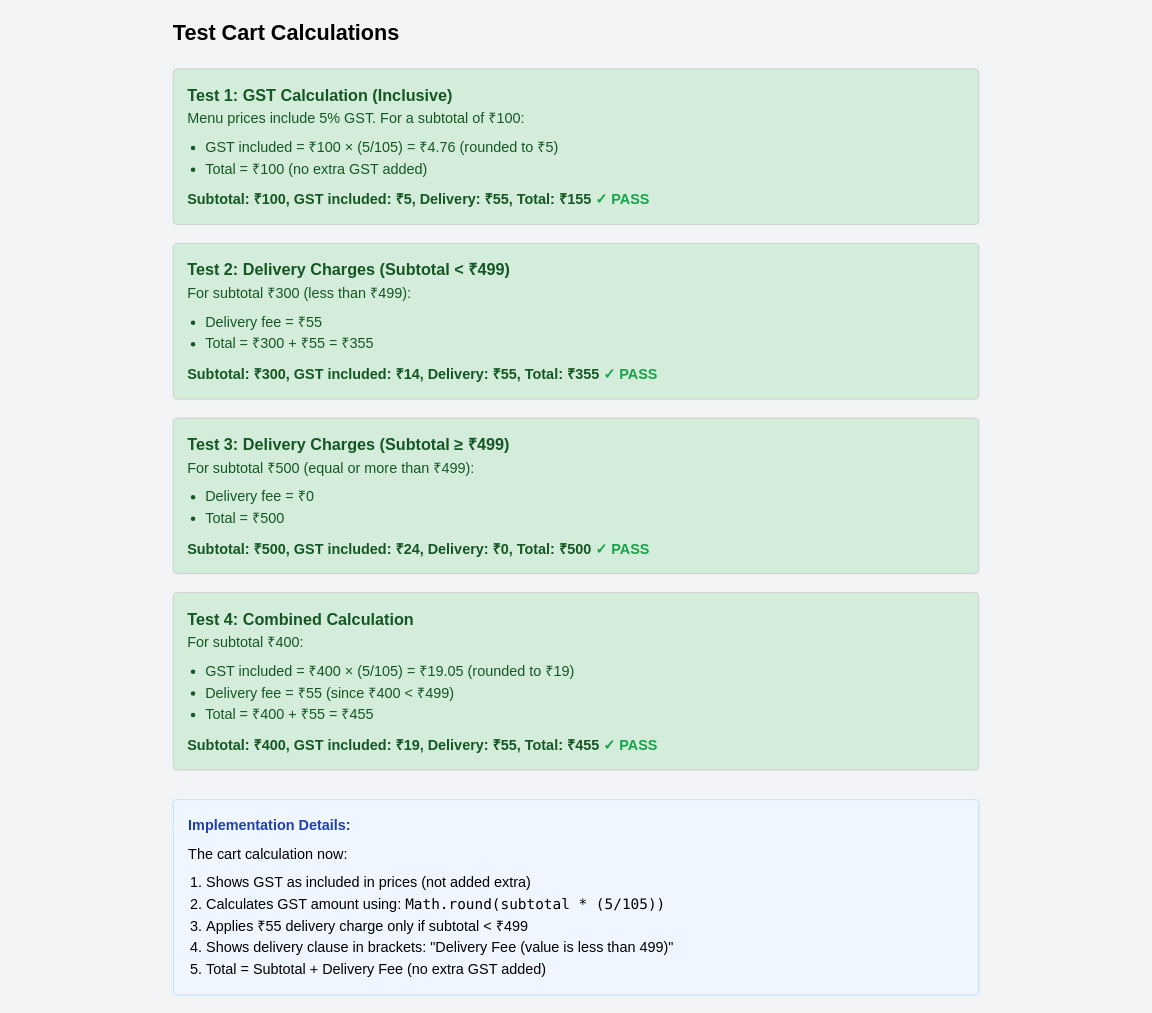
Repository: roydigital/DCB-Finaly-30-Novemeber
Page: test_cart_calculations.html
These files come from the project's save history. The page is drawn as it stood at one moment and after a run of saves; the edit follows.
The browser window is 1280 px wide. The pictures show the whole page, at 90% of full size.
Some web libraries are served in a nearby version.

Above is the page before, as saved 2025-12-03 15:12:29.

### test_cart_calculations.html
<!DOCTYPE html>
<html lang="en">
<head>
    <meta charset="UTF-8">
    <meta name="viewport" content="width=device-width, initial-scale=1.0">
    <title>Test Cart Calculations</title>
    <script src="https://cdn.tailwindcss.com"></script>
    <style>
        body { font-family: sans-serif; padding: 20px; }
        .test-case { margin: 20px 0; padding: 15px; border: 1px solid #ccc; border-radius: 5px; }
        .pass { background-color: #d4edda; color: #155724; }
        .fail { background-color: #f8d7da; color: #721c24; }
        .result { font-weight: bold; margin-top: 10px; }
    </style>
</head>
<body class="bg-gray-100">
    <div class="max-w-4xl mx-auto">
        <h1 class="text-2xl font-bold mb-6">Test Cart Calculations</h1>

        <div class="test-case">
            <h2 class="text-lg font-semibold">Test 1: GST Calculation (Inclusive)</h2>
            <p>Menu prices include 5% GST. For a subtotal of ₹100:</p>
            <ul class="list-disc pl-5 mt-2">
                <li>GST included = ₹100 × (5/105) = ₹4.76 (rounded to ₹5)</li>
                <li>Total = ₹100 (no extra GST added)</li>
            </ul>
            <div id="test1-result" class="result"></div>
        </div>

        <div class="test-case">
            <h2 class="text-lg font-semibold">Test 2: Delivery Charges (Subtotal < ₹499)</h2>
            <p>For subtotal ₹300 (less than ₹499):</p>
            <ul class="list-disc pl-5 mt-2">
                <li>Delivery fee = ₹55</li>
                <li>Total = ₹300 + ₹55 = ₹355</li>
            </ul>
            <div id="test2-result" class="result"></div>
        </div>

        <div class="test-case">
            <h2 class="text-lg font-semibold">Test 3: Delivery Charges (Subtotal ≥ ₹499)</h2>
            <p>For subtotal ₹500 (equal or more than ₹499):</p>
            <ul class="list-disc pl-5 mt-2">
                <li>Delivery fee = ₹0</li>
                <li>Total = ₹500</li>
            </ul>
            <div id="test3-result" class="result"></div>
        </div>

        <div class="test-case">
            <h2 class="text-lg font-semibold">Test 4: Combined Calculation</h2>
            <p>For subtotal ₹400:</p>
            <ul class="list-disc pl-5 mt-2">
                <li>GST included = ₹400 × (5/105) = ₹19.05 (rounded to ₹19)</li>
                <li>Delivery fee = ₹55 (since ₹400 < ₹499)</li>
                <li>Total = ₹400 + ₹55 = ₹455</li>
            </ul>
            <div id="test4-result" class="result"></div>
        </div>

        <div class="mt-8 p-4 bg-blue-50 border border-blue-200 rounded">
            <h3 class="font-bold text-blue-800">Implementation Details:</h3>
            <p class="mt-2">The cart calculation now:</p>
            <ol class="list-decimal pl-5 mt-2">
                <li>Shows GST as included in prices (not added extra)</li>
                <li>Calculates GST amount using: <code>Math.round(subtotal * (5/105))</code></li>
                <li>Applies ₹55 delivery charge only if subtotal < ₹499</li>
                <li>Shows delivery clause in brackets: "Delivery Fee (value is less than 499)"</li>
                <li>Total = Subtotal + Delivery Fee (no extra GST added)</li>
            </ol>
        </div>
    </div>

    <script>
        // Test functions
        function calculateGSTIncluded(subtotal) {
            // GST = subtotal * (5/105) ≈ subtotal * 0.047619
            return Math.round(subtotal * (5/105));
        }

        function calculateDeliveryFee(subtotal) {
            return subtotal < 499 ? 55 : 0;
        }

        function calculateTotal(subtotal) {
            return subtotal + calculateDeliveryFee(subtotal);
        }

        // Run tests
        function runTests() {
            // Test 1
            const test1Subtotal = 100;
            const test1GST = calculateGSTIncluded(test1Subtotal);
            const test1Total = calculateTotal(test1Subtotal);
            const test1ExpectedGST = 5; // 100 * 5/105 = 4.76 ≈ 5
            const test1ExpectedTotal = 100; // No delivery (100 < 499? Actually 100 < 499, so delivery should be 55)
            const test1Pass = test1GST === test1ExpectedGST && test1Total === (test1Subtotal + 55); // 100 + 55 = 155

            document.getElementById('test1-result').innerHTML =
                `Subtotal: ₹${test1Subtotal}, GST included: ₹${test1GST}, Delivery: ₹55, Total: ₹${test1Total} ` +
                `<span class="${test1Pass ? 'text-green-600' : 'text-red-600'}">${test1Pass ? '✓ PASS' : '✗ FAIL'}</span>`;

            // Test 2
            const test2Subtotal = 300;
            const test2GST = calculateGSTIncluded(test2Subtotal);
            const test2Delivery = calculateDeliveryFee(test2Subtotal);
            const test2Total = calculateTotal(test2Subtotal);
            const test2ExpectedDelivery = 55;
            const test2ExpectedTotal = 355;
            const test2Pass = test2Delivery === test2ExpectedDelivery && test2Total === test2ExpectedTotal;

            document.getElementById('test2-result').innerHTML =
                `Subtotal: ₹${test2Subtotal}, GST included: ₹${test2GST}, Delivery: ₹${test2Delivery}, Total: ₹${test2Total} ` +
                `<span class="${test2Pass ? 'text-green-600' : 'text-red-600'}">${test2Pass ? '✓ PASS' : '✗ FAIL'}</span>`;

            // Test 3
            const test3Subtotal = 500;
            const test3GST = calculateGSTIncluded(test3Subtotal);
            const test3Delivery = calculateDeliveryFee(test3Subtotal);
            const test3Total = calculateTotal(test3Subtotal);
            const test3ExpectedDelivery = 0;
            const test3ExpectedTotal = 500;
            const test3Pass = test3Delivery === test3ExpectedDelivery && test3Total === test3ExpectedTotal;

            document.getElementById('test3-result').innerHTML =
                `Subtotal: ₹${test3Subtotal}, GST included: ₹${test3GST}, Delivery: ₹${test3Delivery}, Total: ₹${test3Total} ` +
                `<span class="${test3Pass ? 'text-green-600' : 'text-red-600'}">${test3Pass ? '✓ PASS' : '✗ FAIL'}</span>`;

            // Test 4
            const test4Subtotal = 400;
            const test4GST = calculateGSTIncluded(test4Subtotal);
            const test4Delivery = calculateDeliveryFee(test4Subtotal);
            const test4Total = calculateTotal(test4Subtotal);
            const test4ExpectedGST = 19; // 400 * 5/105 = 19.05 ≈ 19
            const test4ExpectedDelivery = 55;
            const test4ExpectedTotal = 455;
            const test4Pass = test4GST === test4ExpectedGST && test4Delivery === test4ExpectedDelivery && test4Total === test4ExpectedTotal;

            document.getElementById('test4-result').innerHTML =
                `Subtotal: ₹${test4Subtotal}, GST included: ₹${test4GST}, Delivery: ₹${test4Delivery}, Total: ₹${test4Total} ` +
                `<span class="${test4Pass ? 'text-green-600' : 'text-red-600'}">${test4Pass ? '✓ PASS' : '✗ FAIL'}</span>`;

            // Update test case backgrounds
            const testCases = document.querySelectorAll('.test-case');
            testCases[0].classList.add(test1Pass ? 'pass' : 'fail');
            testCases[1].classList.add(test2Pass ? 'pass' : 'fail');
            testCases[2].classList.add(test3Pass ? 'pass' : 'fail');
            testCases[3].classList.add(test4Pass ? 'pass' : 'fail');
        }

        // Run tests when page loads
        document.addEventListener('DOMContentLoaded', runTests);
    </script>
</body>
</html>

After the next 2 saves:
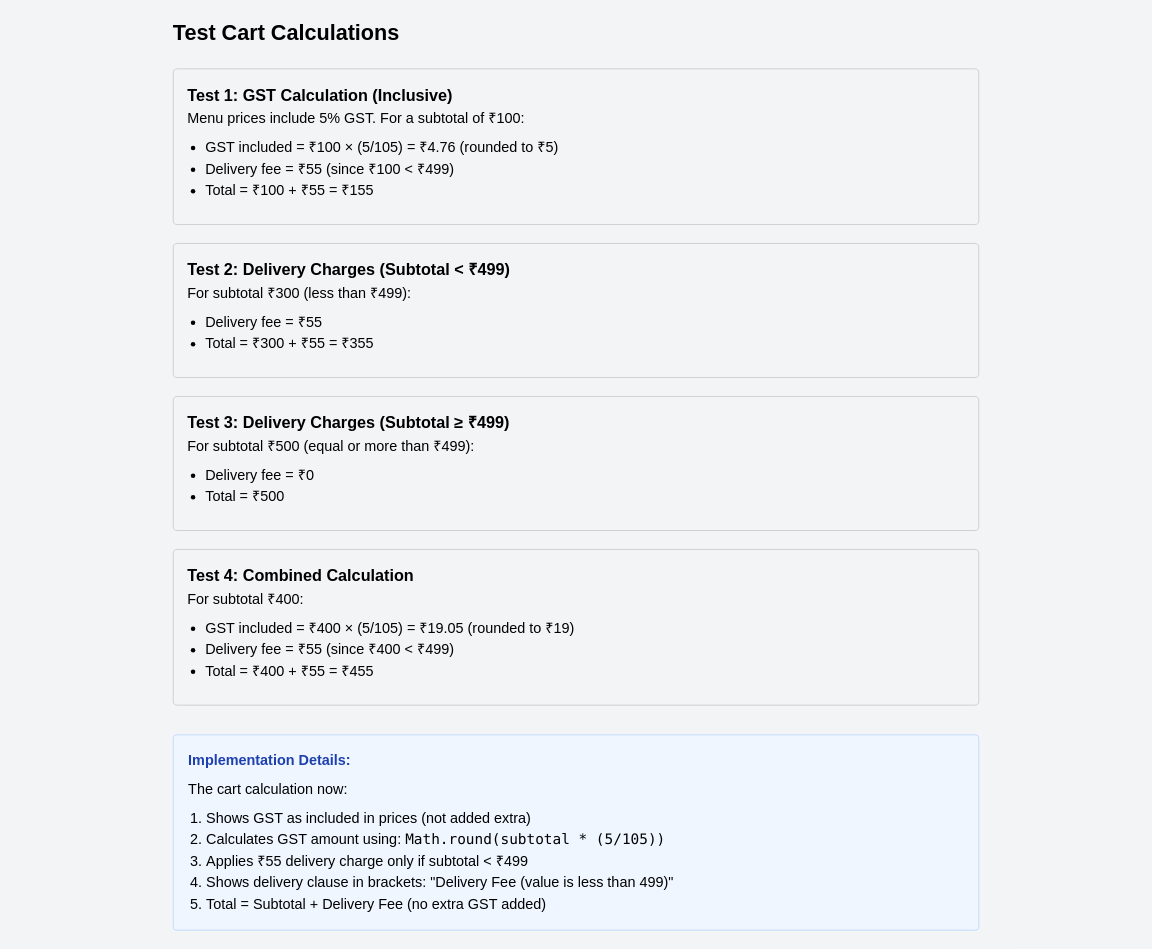
Console error: ReferenceError: test1Pass is not defined
The 2 saves are shown as one change because they came seconds apart.
The last was saved 30 s later.
--- a/test_cart_calculations.html
+++ b/test_cart_calculations.html
@@ -22,7 +22,8 @@
             <p>Menu prices include 5% GST. For a subtotal of ₹100:</p>
             <ul class="list-disc pl-5 mt-2">
                 <li>GST included = ₹100 × (5/105) = ₹4.76 (rounded to ₹5)</li>
-                <li>Total = ₹100 (no extra GST added)</li>
+                <li>Delivery fee = ₹55 (since ₹100 < ₹499)</li>
+                <li>Total = ₹100 + ₹55 = ₹155</li>
             </ul>
             <div id="test1-result" class="result"></div>
         </div>
@@ -93,8 +94,7 @@
             const test1GST = calculateGSTIncluded(test1Subtotal);
             const test1Total = calculateTotal(test1Subtotal);
             const test1ExpectedGST = 5; // 100 * 5/105 = 4.76 ≈ 5
-            const test1ExpectedTotal = 100; // No delivery (100 < 499? Actually 100 < 499, so delivery should be 55)
-            const test1Pass = test1GST === test1ExpectedGST && test1Total === (test1Subtotal + 55); // 100 + 55 = 155
+            const test1ExpectedTotal = 155; // 100 + 55 delivery
 
             document.getElementById('test1-result').innerHTML =
                 `Subtotal: ₹${test1Subtotal}, GST included: ₹${test1GST}, Delivery: ₹55, Total: ₹${test1Total} ` +

After the 3 saves that followed:
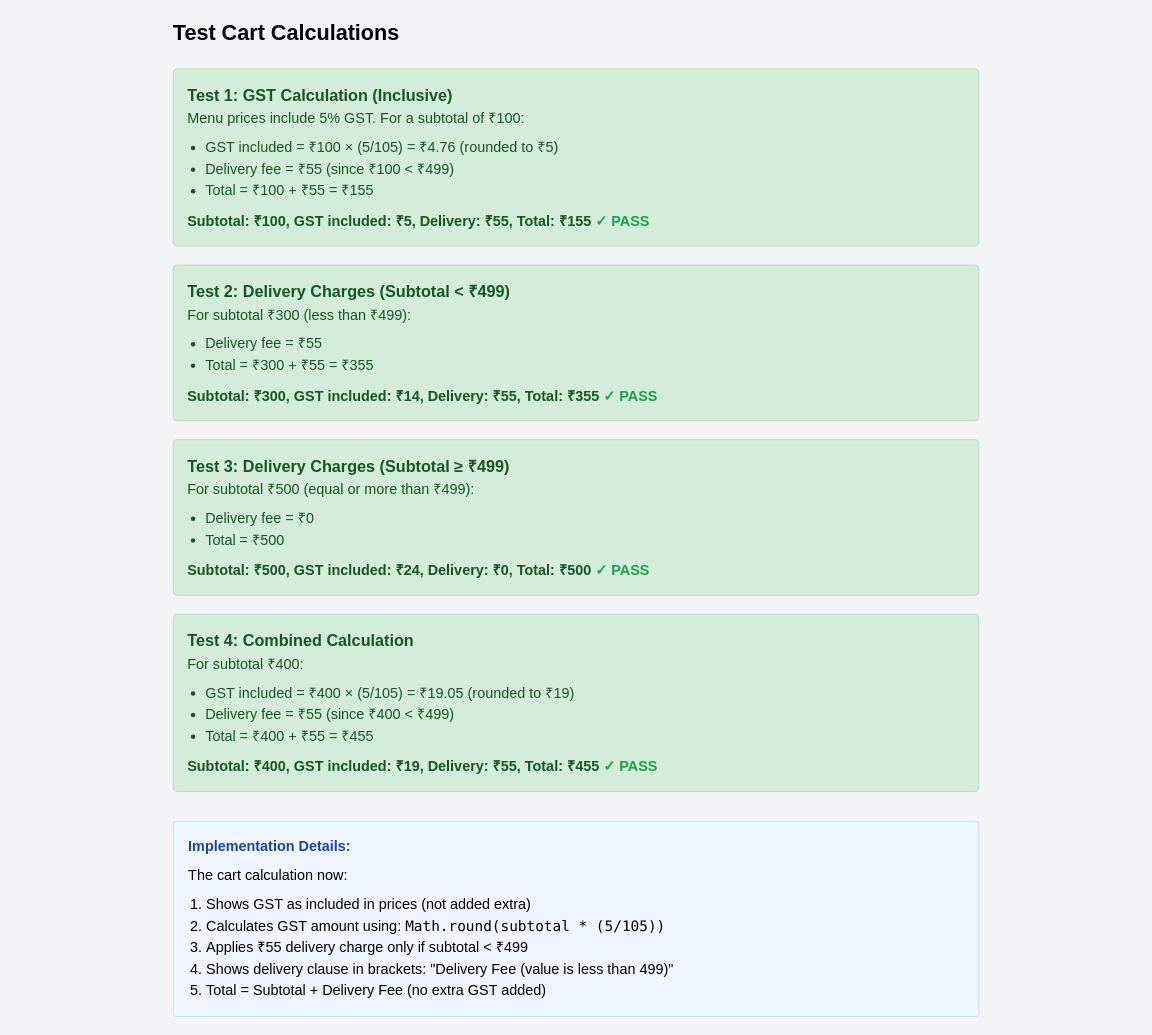
The error is gone.
The 3 saves are shown as one change because 1 left the picture as it was and some came seconds apart.
The last was saved 9 s later.
--- a/test_cart_calculations.html
+++ b/test_cart_calculations.html
@@ -95,6 +95,7 @@
             const test1Total = calculateTotal(test1Subtotal);
             const test1ExpectedGST = 5; // 100 * 5/105 = 4.76 ≈ 5
             const test1ExpectedTotal = 155; // 100 + 55 delivery
+            const test1Pass = test1GST === test1ExpectedGST && test1Total === test1ExpectedTotal;
 
             document.getElementById('test1-result').innerHTML =
                 `Subtotal: ₹${test1Subtotal}, GST included: ₹${test1GST}, Delivery: ₹55, Total: ₹${test1Total} ` +
